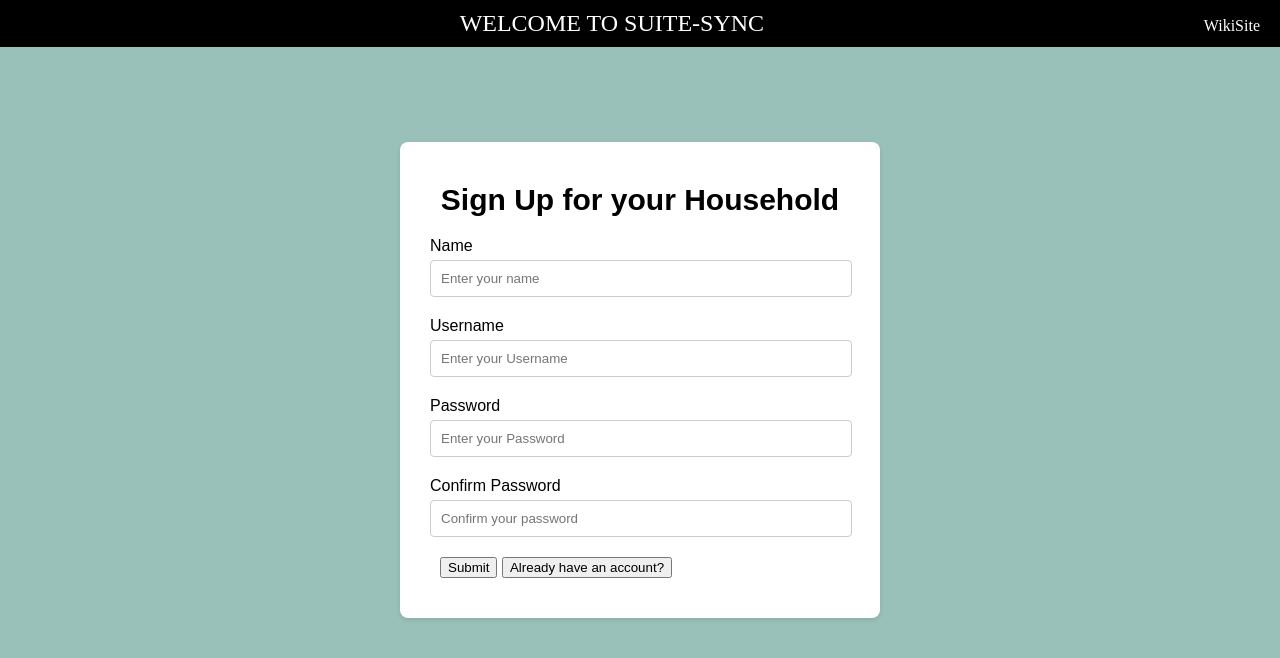
Repository: seojoonl/household-management-webapp
Page: http://localhost/201_final_project/signup.html
These files come from the project's save history. The page is drawn as it stood at one moment and after the next save; the edit follows.
The browser window is 1280 px wide. The pictures show the whole page.
The page is served by Tomcat 9.

Above is the page before, as saved 2024-05-07 07:58:36.

After the next save:
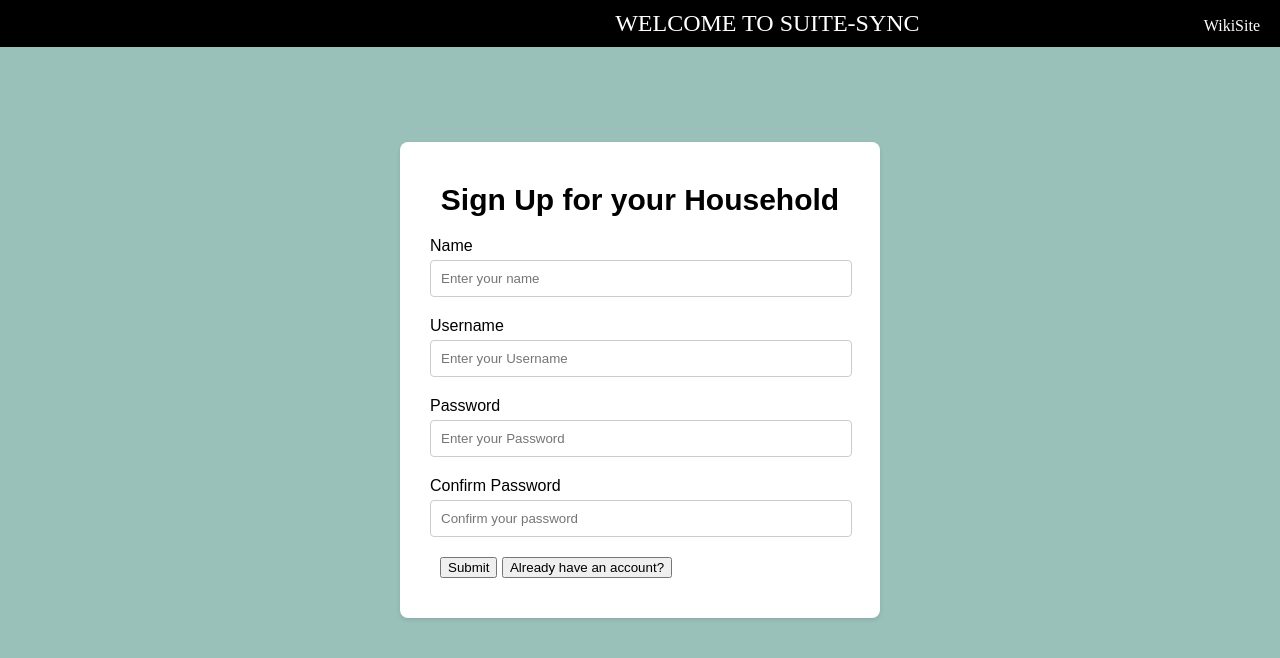
Saved 86 s later.
--- a/201_final_project/src/main/webapp/style.css
+++ b/201_final_project/src/main/webapp/style.css
@@ -30,7 +30,7 @@ header .wiki {
 
 header .household
 {
-    margin-left: auto;
+    margin-left: 48%;
     margin-right: auto;
 }
 
